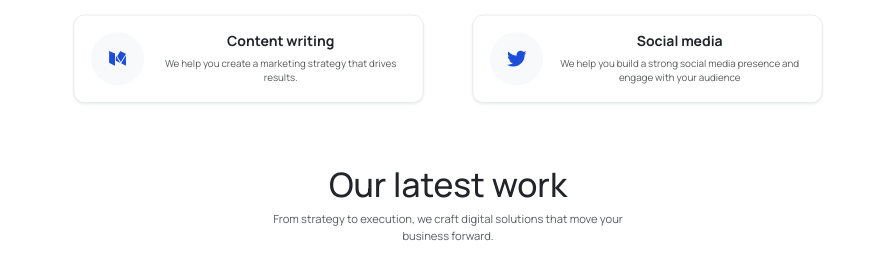
Repository: RAMADAN975/modern-agency-portfolio
Page: /
An editor plug-in stored every save of this project. The page is shown before and after the next save, followed by the edit.
The browser window is 1280 px wide. The pictures show the part of the page from y = 1630 to 3550 px (the page is 2003 px tall before and 3550 px after), at 70% of full size.
The project was rebuilt for these pictures with package versions that can differ from the ones it lists, and the page was loaded fresh each time. Also part of the build but not shown: vite.config.js.

Above is the page before, as saved 2026-03-23 23:41:49.

After the next save:
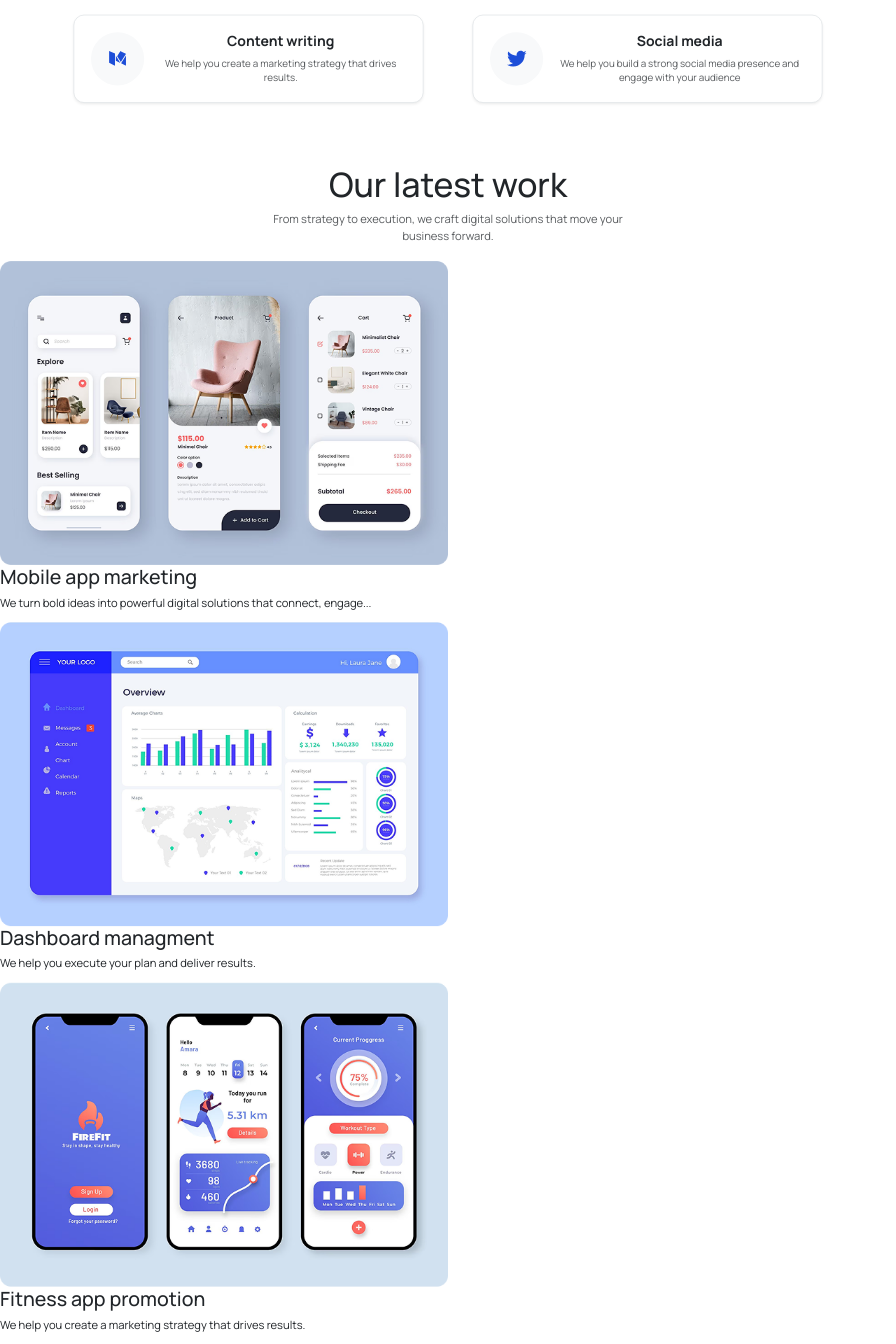
Saved 2 min 26 s later.
--- a/src/Components/OutWork.jsx
+++ b/src/Components/OutWork.jsx
@@ -29,7 +29,11 @@
             <div className=''>
                 {
                     workData.map((work, index) => (
-                        <div></div>
+                        <div key={index} className=''>
+                            <img src={work.image} className='' alt="" />
+                            <h3 className=''>{work.title}</h3>
+                            <p>{work.description}</p>
+                        </div>
                     ))
                 }
             </div>
